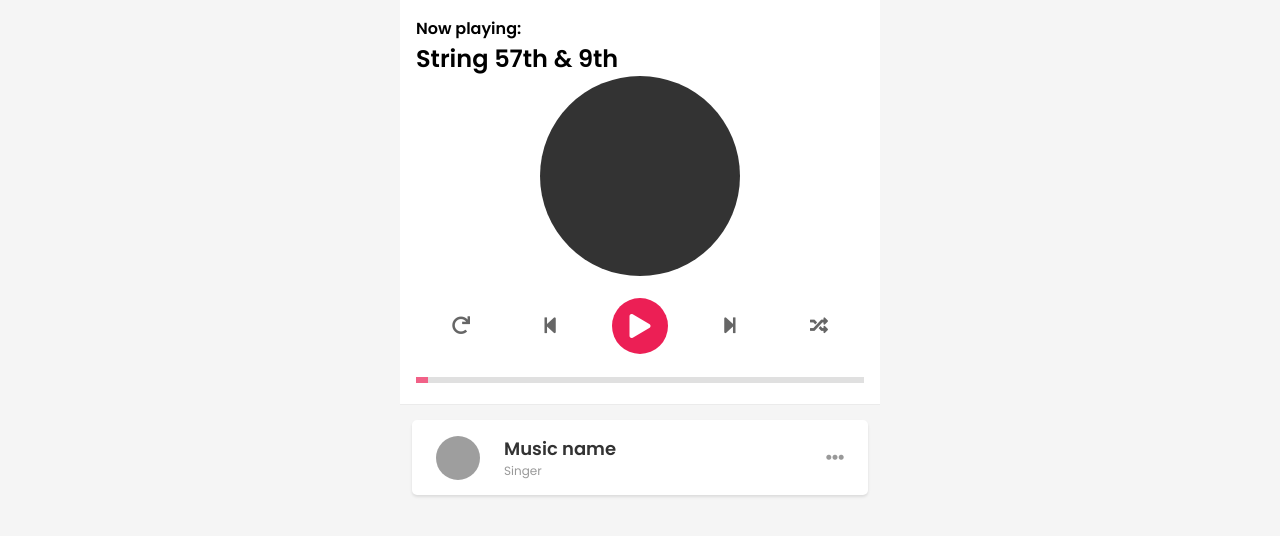
Repository: MinhNhatIT2901/Mp3-clon
Page: index.html
An editor plug-in stored every save of this project. The page is shown before and after the next save, followed by the edit.
The browser window is 1280 px wide. The pictures show the whole page.
Pictures or frames that could not be fetched are drawn as grey boxes.

Above is the page before, as saved 2022-01-01 17:02:41.

After the next save:
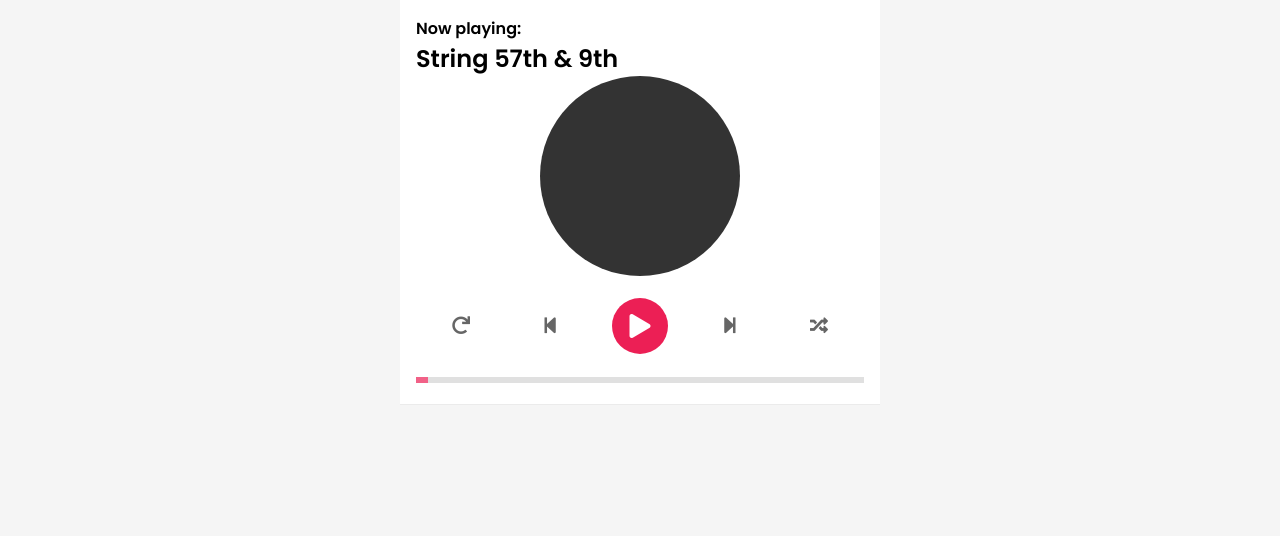
Saved 34 s later.
--- a/index.html
+++ b/index.html
@@ -47,7 +47,7 @@
         </div>
 
         <div class="playlist">
-            <div class="song">
+            <!-- <div class="song">
                 <div class="thumb" style="background-image: url('https://i.ytimg.com/vi/jTLhQf5KJSc/maxresdefault.jpg')">
                 </div>
                 <div class="body">
@@ -57,7 +57,7 @@
                 <div class="option">
                     <i class="fas fa-ellipsis-h"></i>
                 </div>
-            </div>
+            </div> -->
         </div>
     </div>
 </body>
